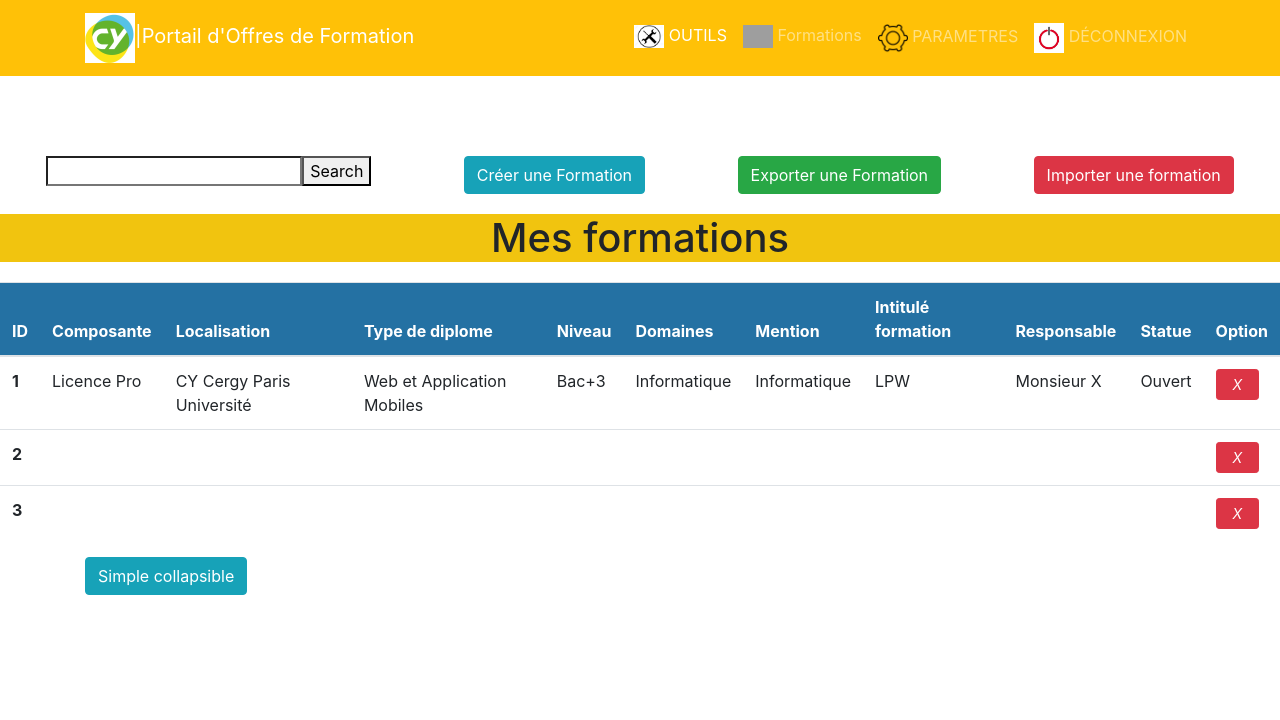
Repository: BaldeThierno1990/Projet-1-formation-tableau-generique-vue-export
Page: / (app in mcc/)
An editor plug-in stored every save of this project. The page is shown before and after the next save, followed by the edit.
The browser window is 1280 px wide. The pictures show the whole page.
Pictures or frames that could not be fetched are drawn as grey boxes. The project was rebuilt for these pictures with package versions that can differ from the ones it lists, and the page was loaded fresh each time.

Above is the page before, as saved 2021-03-22 12:59:47.

### mcc/src/main.js
import Vue from 'vue'
import App from './App.vue'

import 'bootstrap';
import 'bootstrap/dist/css/bootstrap.min.css';

Vue.config.productionTip = false

new Vue({
  render: h => h(App),
}).$mount('#app')

### mcc/src/App.vue
<template>
  <div id="app">

  <v-header></v-header>
  <v-tableau></v-tableau>
  <v-formation></v-formation>


  </div>
</template>

<script>
import VTableau from './components/tableau/Vtableau.vue'
import VHeader from './components/menu/VHeader.vue'
import VFormation from './components/tableau/VFormation.vue'
export default {
  name: 'App',
  components: {
  VHeader,
    VTableau,
    VFormation

  }
}
</script>

<style>
#app {
  font-family: Avenir, Helvetica, Arial, sans-serif;
  -webkit-font-smoothing: antialiased;
  -moz-osx-font-smoothing: grayscale;
  text-align: center;
  color: #2c3e50;
}
#nav {
  padding: 30px;
}

### mcc/src/components/tableau/Vtableau.vue
<template>
<div class="table">
    <div class="parent">
        <div class="formation">
         <input type="search" id="site-search" name="q"
        aria-label="Search through site content">
        <button>Search</button></div>
        <div class="formation"><button type="button" class="btn btn-info">Créer une Formation</button></div>
          <div class="formation"><button type="button" class="btn btn-success">Exporter une Formation</button></div>
        <div class="formation"><button type="button" class="btn btn-danger">Importer une formation</button></div>



    </div>


    <div>
        <div class="menu">
        <h1> Mes formations</h1>
    </div>
    <table class="table align-middle">

  <thead>
    <tr class="colonne">
      <th scope="col">ID</th>
      <th scope="col">Composante</th>
      <th scope="col">Localisation</th>
      <th scope="col">Type de diplome</th>
      <th scope="col">Niveau</th>
      <th scope="col">Domaines</th>
      <th scope="col">Mention</th>
      <th scope="col">Intitulé formation</th>
      <th scope="col">Responsable</th>
      <th scope="col">Statue</th>
      <th scope="col">Option</th>
    </tr>
  </thead>
  <tbody>
    <tr>
      <th scope="row">1</th>
       <td>Licence Pro</td>
      <td>CY Cergy Paris Université</td>
      <td>Web et Application Mobiles</td>
      <td>Bac+3</td>
      <td>Informatique</td>
      <td>Informatique</td>
      <td>LPW</td>
      <td>Monsieur X</td>
      <td>Ouvert</td>
      <td>
        <button type="button" class="btn btn-danger btn-sm px-3">
          <i class="fas fa-times">X</i>
        </button>
      </td>
    </tr>
    <tr>
      <th scope="row">2</th>
      <td></td>
      <td></td>
      <td></td>
      <td></td>
      <td></td>
      <td></td>
      <td></td>
      <td></td>
      <td></td>

      <td>
        <button type="button" class="btn btn-danger btn-sm px-3">
          <i class="fas fa-times">X</i>
        </button>
      </td>
    </tr>
    <tr>
      <th scope="row">3</th>
       <td></td>
      <td></td>
      <td></td>
      <td></td>
      <td></td>
      <td></td>
      <td></td>
      <td></td>
      <td></td>
      <td>
        <button type="button" class="btn btn-danger btn-sm px-3">
          <i class="fas fa-times">X</i>
        </button>
      </td>
    </tr>

  </tbody>
</table>
        </div>



</div>

</template>

<style>
.parent{
     display: flex;
     justify-content: space-around;
     margin-top: 80px;

}
.table{
    margin-top: 20px;
}
.colonne{
    background-color: #2471A3;
    color: white;
}
.menu{
    text-align: center;
    background-color: #F1C40F;
    margin-top: 20px;
}
</style>

### mcc/src/components/menu/VHeader.vue
<template>
<div class="header">
  <!-- Navigation -->
<nav class="navbar navbar-expand-lg navbar-dark bg-warning static-top">
  <div class="container">
    <a class="navbar-brand" href="#">
          <img src="@/assets/logo.jpg" alt="Logo" width="50">|Portail d'Offres de Formation
        </a>
    <button class="navbar-toggler" type="button" data-toggle="collapse" data-target="#navbarResponsive" aria-controls="navbarResponsive" aria-expanded="false" aria-label="Toggle navigation">
          <span class="navbar-toggler-icon"></span>
        </button>
    <div class="collapse navbar-collapse" id="navbarResponsive">
      <ul class="navbar-nav ml-auto">
        <li class="nav-item active">
          <a class="nav-link" href="#"> <img src="@/assets/icone_outils.jpg" alt="Outils" width="30"> OUTILS
                <span class="sr-only">(current)</span>
              </a>
        </li>

        <li class="nav-item">
          <a class="nav-link" href="#"><img src="@/assets/icone_formation.png" alt="Formation" width="30">  Formations</a>
        </li>
        <li class="nav-item">
          <a class="nav-link" href="#"><img src="@/assets/icone_parametre.png" alt="Parametre" width="30">  PARAMETRES</a>
        </li>
         <li class="nav-item">
          <a class="nav-link" href="#"> <img src="@/assets/icone_deconnexion.jpeg" alt="Formation" width="30"> DÉCONNEXION</a>
        </li>
      </ul>
    </div>
  </div>
</nav>
</div>

</template>

### mcc/src/components/tableau/VFormation.vue
<template>
    <div class="container">


  <button type="button" class="btn btn-info" data-toggle="collapse" data-target="#demo">Simple collapsible</button>
  <div id="demo" class="collapse">
    Lorem ipsum dolor sit amet, consectetur adipisicing elit,
    sed do eiusmod tempor incididunt ut labore et dolore magna aliqua. Ut enim ad minim veniam,
    quis nostrud exercitation ullamco laboris nisi ut aliquip ex ea commodo consequat.
  </div>
</div>

</template>

Loaded but not shown: mcc/public/index.html (common file)

After the next save:
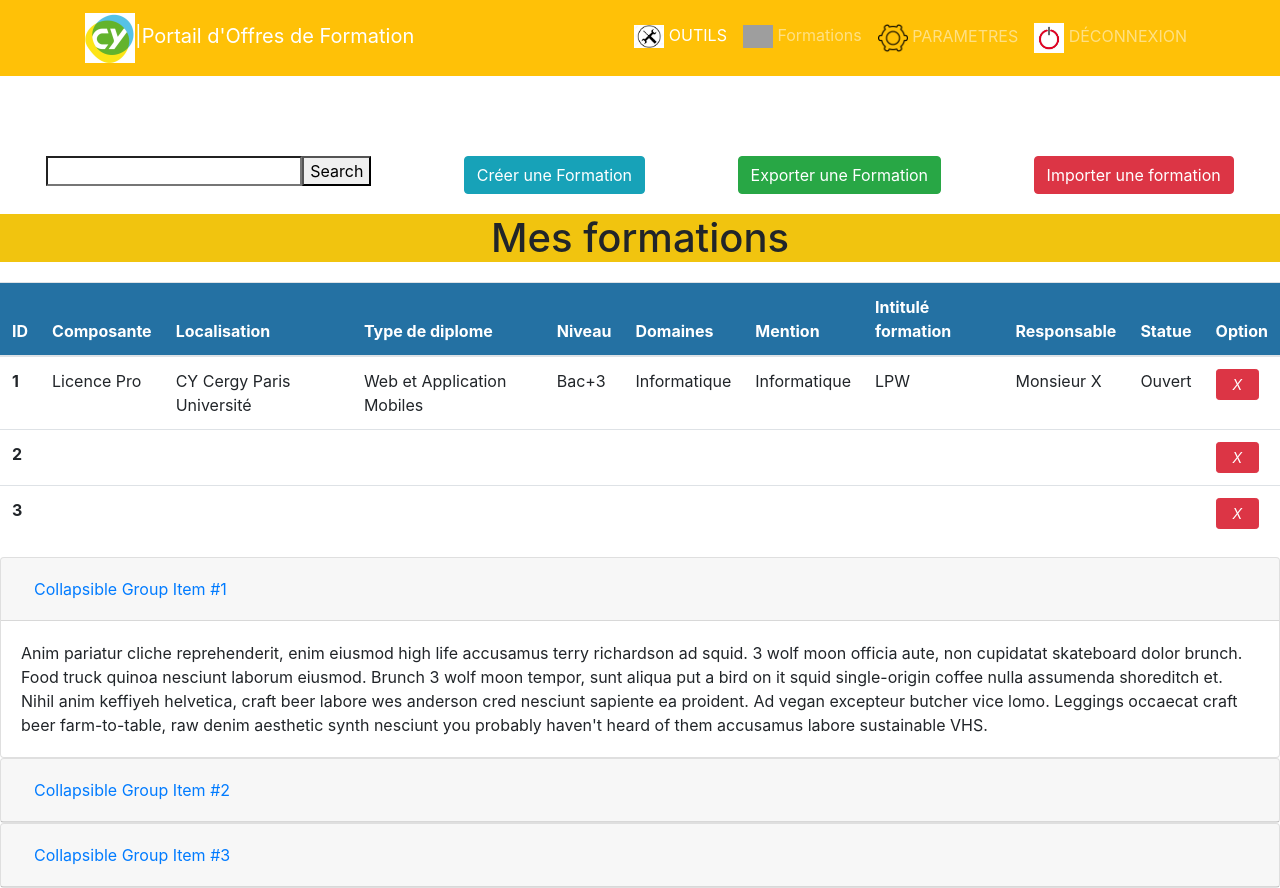
Saved 2 min 15 s later.
--- a/mcc/src/components/tableau/VFormation.vue
+++ b/mcc/src/components/tableau/VFormation.vue
@@ -1,12 +1,47 @@
 <template>
-    <div class="container">
+   <div id="accordion">
+  <div class="card">
+    <div class="card-header" id="headingOne">
+      <h5 class="mb-0">
+        <button class="btn btn-link" data-toggle="collapse" data-target="#collapseOne" aria-expanded="true" aria-controls="collapseOne">
+          Collapsible Group Item #1
+        </button>
+      </h5>
+    </div>
 
-
-  <button type="button" class="btn btn-info" data-toggle="collapse" data-target="#demo">Simple collapsible</button>
-  <div id="demo" class="collapse">
-    Lorem ipsum dolor sit amet, consectetur adipisicing elit,
-    sed do eiusmod tempor incididunt ut labore et dolore magna aliqua. Ut enim ad minim veniam,
-    quis nostrud exercitation ullamco laboris nisi ut aliquip ex ea commodo consequat.
+    <div id="collapseOne" class="collapse show" aria-labelledby="headingOne" data-parent="#accordion">
+      <div class="card-body">
+        Anim pariatur cliche reprehenderit, enim eiusmod high life accusamus terry richardson ad squid. 3 wolf moon officia aute, non cupidatat skateboard dolor brunch. Food truck quinoa nesciunt laborum eiusmod. Brunch 3 wolf moon tempor, sunt aliqua put a bird on it squid single-origin coffee nulla assumenda shoreditch et. Nihil anim keffiyeh helvetica, craft beer labore wes anderson cred nesciunt sapiente ea proident. Ad vegan excepteur butcher vice lomo. Leggings occaecat craft beer farm-to-table, raw denim aesthetic synth nesciunt you probably haven't heard of them accusamus labore sustainable VHS.
+      </div>
+    </div>
+  </div>
+  <div class="card">
+    <div class="card-header" id="headingTwo">
+      <h5 class="mb-0">
+        <button class="btn btn-link collapsed" data-toggle="collapse" data-target="#collapseTwo" aria-expanded="false" aria-controls="collapseTwo">
+          Collapsible Group Item #2
+        </button>
+      </h5>
+    </div>
+    <div id="collapseTwo" class="collapse" aria-labelledby="headingTwo" data-parent="#accordion">
+      <div class="card-body">
+        Anim pariatur cliche reprehenderit, enim eiusmod high life accusamus terry richardson ad squid. 3 wolf moon officia aute, non cupidatat skateboard dolor brunch. Food truck quinoa nesciunt laborum eiusmod. Brunch 3 wolf moon tempor, sunt aliqua put a bird on it squid single-origin coffee nulla assumenda shoreditch et. Nihil anim keffiyeh helvetica, craft beer labore wes anderson cred nesciunt sapiente ea proident. Ad vegan excepteur butcher vice lomo. Leggings occaecat craft beer farm-to-table, raw denim aesthetic synth nesciunt you probably haven't heard of them accusamus labore sustainable VHS.
+      </div>
+    </div>
+  </div>
+  <div class="card">
+    <div class="card-header" id="headingThree">
+      <h5 class="mb-0">
+        <button class="btn btn-link collapsed" data-toggle="collapse" data-target="#collapseThree" aria-expanded="false" aria-controls="collapseThree">
+          Collapsible Group Item #3
+        </button>
+      </h5>
+    </div>
+    <div id="collapseThree" class="collapse" aria-labelledby="headingThree" data-parent="#accordion">
+      <div class="card-body">
+        Anim pariatur cliche reprehenderit, enim eiusmod high life accusamus terry richardson ad squid. 3 wolf moon officia aute, non cupidatat skateboard dolor brunch. Food truck quinoa nesciunt laborum eiusmod. Brunch 3 wolf moon tempor, sunt aliqua put a bird on it squid single-origin coffee nulla assumenda shoreditch et. Nihil anim keffiyeh helvetica, craft beer labore wes anderson cred nesciunt sapiente ea proident. Ad vegan excepteur butcher vice lomo. Leggings occaecat craft beer farm-to-table, raw denim aesthetic synth nesciunt you probably haven't heard of them accusamus labore sustainable VHS.
+      </div>
+    </div>
   </div>
 </div>
 
